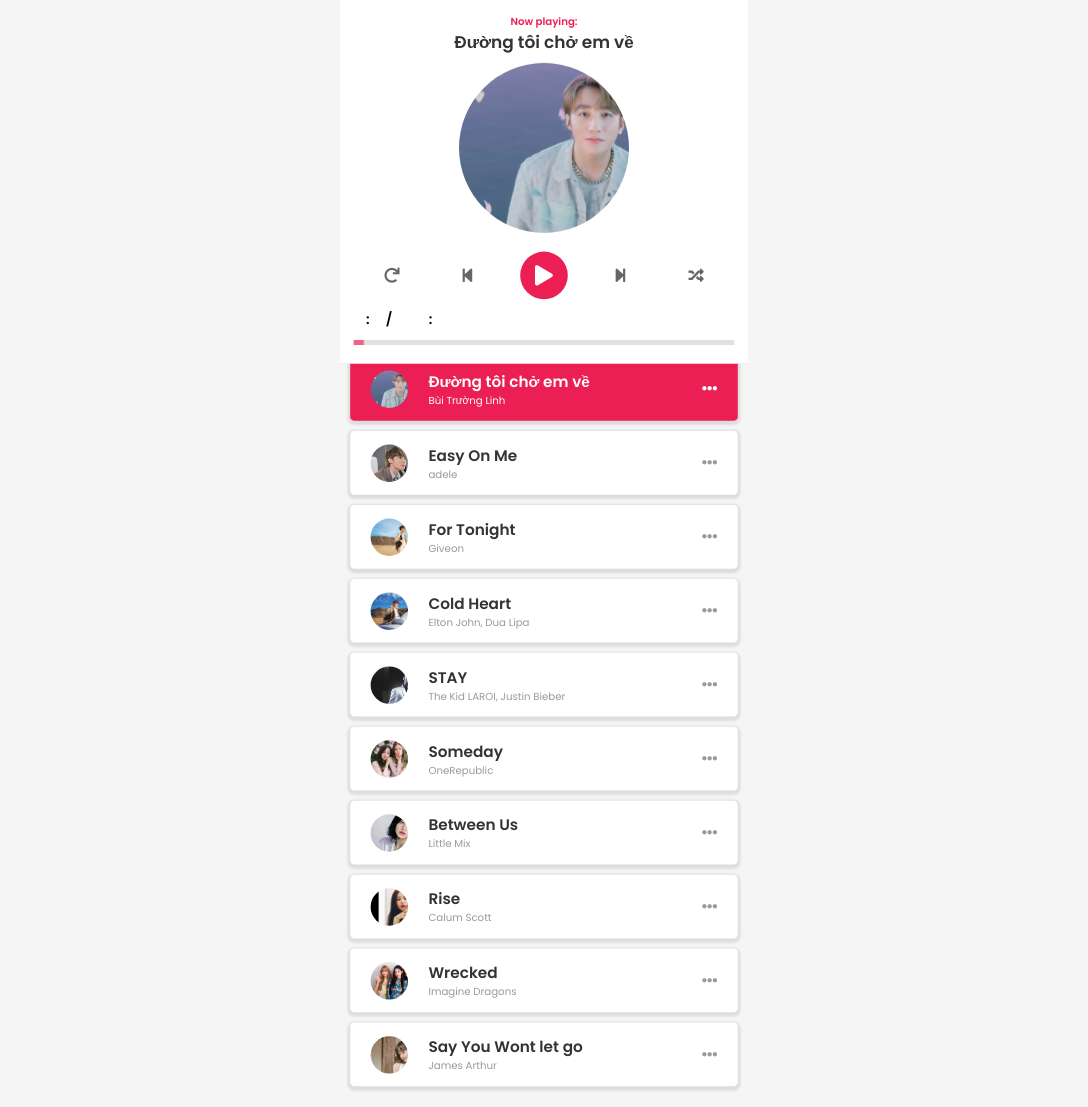
Repository: maivannhan1998/MusicPlayer.github.io
Page: index.html
These files come from the project's save history. The page is drawn as it stood at one moment and after the next save; the edit follows.
The browser window is 1280 px wide. The pictures show the whole page, at 85% of full size.

Above is the page before, as saved 2021-11-11 15:43:06.

### index.html
<!DOCTYPE html>
<html lang="en">
<head>
    <meta charset="UTF-8">
    <meta http-equiv="X-UA-Compatible" content="IE=edge">
    <meta name="viewport" content="width=device-width, initial-scale=1.0">
    <title>Music Play</title>
    <link rel="stylesheet" href="./assets/css/main.css">
    <link rel="stylesheet" href="https://cdnjs.cloudflare.com/ajax/libs/font-awesome/5.15.2/css/all.min.css" integrity="sha512-HK5fgLBL+xu6dm/Ii3z4xhlSUyZgTT9tuc/hSrtw6uzJOvgRr2a9jyxxT1ely+B+xFAmJKVSTbpM/CuL7qxO8w==" crossorigin="anonymous" />
    <link rel="preconnect" href="https://fonts.gstatic.com">
    <link href="https://fonts.googleapis.com/css2?family=Poppins:wght@300;400;600&display=swap" rel="stylesheet">
</head>
<body>
    <div class="player">
        <!-- Dashboard -->
        <div class="dashboard">
          <!-- Header -->
          <header>
            <h4>Now playing:</h4>
            <h2>String 57th & 9th</h2>
          </header>

          <!-- CD -->
          <div class="cd">
            <div class="cd-thumb">
            </div>
          </div>

          <!-- Control -->
          <div class="control">
                <div class="btn btn-repeat">
                    <i class="fas fa-redo"></i>
                </div>
                <div class="btn btn-prev">
                    <i class="fas fa-step-backward"></i>
                </div>
                <div class="btn btn-toggle-play">
                    <i class="fas fa-pause icon-pause"></i>
                    <i class="fas fa-play icon-play"></i>
                </div>
                <div class="btn btn-next">
                    <i class="fas fa-step-forward"></i>
                </div>
                <div class="btn btn-random">
                    <i class="fas fa-random"></i>
                </div>
          </div>
          <span id="time"></span>
          <b class="dot">:</b>
          <span id="timeCurrent"></span>
          <b class="dash">/</b>
          <span id="duration"></span>
          <b class="mark">:</b>
          <span id="timeDuration"></span>
          <input id="progress" class="progress" type="range" value="0" step="1" min="0" max="100">



          <audio id="audio" src=""></audio>
        </div>

        <!-- Playlist -->
        <div class="playlist">

        </div>

    </div>
    <script>
        /*
        1. render song
        2. scroll top
        3. play / pause / seek
        4. cd rotate
        5. next / prev
        6. random
        7. next / repeat when end
        8. active song
        9. scroll active song into view
        10. play song when click
        */

        const $ = document.querySelector.bind(document);
        const $$ = document.querySelectorAll.bind(document);

        // get element
        const cd = $('.cd');
        const cdWidth  = cd.offsetWidth;

        const heading  = $('header h2');
        const cdThumb = $('.cd-thumb');
        const audio = $('#audio');
        const player  = $('.player');

        const playBtn = $('.btn-toggle-play');

        const progress = $('#progress');

        const nextBtn = $('.btn-next');
        const prevBtn = $('.btn-prev');

        const randomBtn = $('.btn-random');

        const repeatBtn = $('.btn-repeat');

        const playList = $('.playlist');

        const time = $('#time');
        const Duration = $('#duration');
        const timeCurrent = $('#timeCurrent');
        const dot = $('.dot');
        const timeDuration = $('#timeDuration');
        const dash = $('.dash');
        const mark = $('.mark');


        const app = {

        currentIndex: 0,

        isPlaying: false,

        isRandom: false,

        isRepeat: false,

        songs: [
                {
                    name: 'Đường tôi chở em về',
                    singer: 'Bùi Trường Linh',
                    path: './assets/music/song11.mp3',
                    image: './assets/img/img2.jpg'
                }, {
                    name: 'Easy On Me',
                    singer: 'adele',
                    path: './assets/music/song1.mp3',
                    image: './assets/img/img1.jpg'
                }, {
                    name: 'For Tonight',
                    singer: 'Giveon',
                    path: './assets/music/song3.mp3',
                    image: './assets/img/img3.jpg'
                }, {
                    name: 'Cold Heart',
                    singer: 'Elton John, Dua Lipa',
                    path: './assets/music/song4.mp3',
                    image: './assets/img/img4.jpg'
                }, {
                    name: 'STAY',
                    singer: 'The Kid LAROI, Justin Bieber',
                    path: './assets/music/song5.mp3',
                    image: './assets/img/img5.jpg'
                }, {
                    name: 'Someday',
                    singer: 'OneRepublic',
                    path: './assets/music/song6.mp3',
                    image: './assets/img/img6.jpg'
                }, {
                    name: 'Between Us',
                    singer: 'Little Mix',
                    path: './assets/music/song7.mp3',
                    image: './assets/img/img7.jpg'
                }, {
                    name: 'Rise',
                    singer: 'Calum Scott',
                    path: './assets/music/song8.mp3',
                    image: './assets/img/img8.jpg'
                }, {
                    name: 'Wrecked',
                    singer: 'Imagine Dragons',
                    path: './assets/music/song9.mp3',
                    image: './assets/img/img9.jpg'
                }, {
                    name: 'Say You Wont let go',
                    singer: 'James Arthur',
                    path: './assets/music/song10.mp3',
                    image: './assets/img/img10.jpg'
                }
            ],

            render: function(){
                const htmls = this.songs.map((song, index) => {
                    return `
                        <div class="song ${index === this.currentIndex ? 'active' : '' }" data-index = "${index}">
                            <div class="thumb"
                                style="background-image: url('${song.image}')">
                            </div>
                            <div class="body">
                                <h3 class="title">${song.name}</h3>
                                <p class="author">${song.singer}</p>
                            </div>
                            <div class="option">
                                <i class="fas fa-ellipsis-h"></i>
                            </div>
                        </div>
                    `
                })
                playList.innerHTML = htmls.join('')
            },




            defineProperties: function(){
                Object.defineProperty(this, 'currentSong', {
                    get: function(){
                        return this.songs[this.currentIndex];
                    }
                })
            },

            handleEvents: function() {
                // handle cd turn / stop
                const cdAnimate =  cd.animate([

                { transform: 'rotate(360deg)' },
                ], {
                duration: 10000,
                iterations: Infinity
                });
                cdAnimate.pause()

                // handle zoom in / zoom out video
                document.onscroll = function () {
                    const scrollTop = window.scrollY || document.documentElement.scrollTop;
                    const newCdWidth = cdWidth - scrollTop;

                    cd.style.width = newCdWidth > 0 ? newCdWidth + 'px' : 0;
                    cd.style.opacity = newCdWidth / cdWidth;
                }

                // handle when click play
                playBtn.onclick = function() {
                    if(app.isPlaying) {
                        audio.pause();
                    }
                    else{
                        audio.play();
                    }




                    // case 2 use toggle
                    // app.isPlaying = !app.isPlaying
                    // // if true : play() ,if false : pause()
                    // app.isPlaying ? audio.play() : audio.pause()
                    // player.classList.toggle('playing',app.isPlaying)
                },

                // when song is paused
                audio.onpause = function() {
                        cdAnimate.pause()
                        app.isPlaying =  false;
                        player.classList.remove('playing');
                }
                    // when song is played
                audio.onplay = function() {
                        cdAnimate.play()
                        app.isPlaying = true;
                        player.classList.add('playing');
                },

                // when the song duration changes
                audio.ontimeupdate = function() {
                    if(audio.duration) {
                        const progressPercent = Math.floor(audio.currentTime / audio.duration * 100);
                        progress.value = progressPercent;
                    }
                    const minutes = audio.duration/60;
                    const millisecond = minutes*10;
                    const times =  audio.currentTime/60;
                    const timeCurrents = (times*10);
                    timeCurrent.innerHTML = timeCurrents.toFixed();
                    time.innerHTML = times.toFixed();
                    Duration.innerHTML = minutes.toFixed();
                    timeDuration.innerHTML = millisecond.toFixed();
                    dot.style.display = "inline-block";
                    dash.style.display = "inline-block";
                    mark.style.display = "inline-block";
                },

                // Xử lí khi tua bài hát
                progress.oninput = function(e) {
                    const seekTime  = e.target.value * audio.duration / 100;
                    audio.currentTime = seekTime;
                },



                //  next song
                nextBtn.onclick = function() {
                    if(app.isRandom) {
                        app.playRandomSong()
                    }
                    else {
                        app.nextSong();
                    }
                    audio.play();
                    app.render()
                    app.scrollInToView();

                },

                // backward song
                prevBtn.onclick = function() {
                    if(app.isRandom) {
                        app.playRandomSong()
                    }
                    else {
                        app.prevSong();
                    }
                    audio.play();
                    app.render()
                    app.scrollInToView();

                },

                // turn on / off random
                randomBtn.onclick = function() {
                if(app.isRandom) {
                        app.isRandom = false;
                        randomBtn.classList.remove('active')
                    }
                    else {
                        app.isRandom = true;
                        randomBtn.classList.add('active')
                        }
                    // use toggle
                    // app.isRandom = !app.isRandom;
                    // randomBtn.classList.toggle('active', app.isRandom);
                },

                repeatBtn.onclick = function() {
                    app.isRepeat = !app.isRepeat
                    repeatBtn.classList.toggle('active', app.isRepeat);
                }

                audio.onended = function() {
                    if(app.isRepeat) {
                        audio.play()
                    }
                    else {
                        // click(): auto click button next
                        nextBtn.click();
                    }
                }

                playList.onclick = function(e) {
                    const songNode = e.target.closest('.song:not(.active)');
                    if(songNode || e.target.closest('.option')) {
                        if(e.target.closest('.song:not(.active)')) {
                            app.currentIndex = Number(songNode.getAttribute('data-index'))
                            app.loadCurrentSong();
                            audio.play();
                            app.render()
                        }
                    }
                }
            },

            loadCurrentSong: function() {

                heading.innerText = this.currentSong.name;
                cdThumb.style.backgroundImage = `url('${this.currentSong.image}')`;
                audio.src = this.currentSong.path;

            },

            // handle next Song
            nextSong: function() {
                this.currentIndex++;
                if(this.currentIndex >= this.songs.length) {
                    this.currentIndex = 0;
                }
                this.loadCurrentSong();
            },

            prevSong: function() {
                this.currentIndex--;
                if(this.currentIndex < 0) {
                    this.currentIndex = this.songs.length - 1
                }

                this.loadCurrentSong();
            },

            playRandomSong: function() {
                let newSong;
                do {
                    newSong = Math.floor(Math.random() * this.songs.length)
                }
                while(newSong === this.currentIndex)

                this.currentIndex = newSong;
                this.loadCurrentSong();

            },

            scrollInToView: function() {
              setTimeout(function() {
                $('.song.active').scrollIntoView({
                    behavior: 'smooth',
                    block: 'center'

                });
              },200)
            },

            start: function() {
                // Define attributes for Obj
                this.defineProperties();

                // listen / handle events (Dom events)
                this.handleEvents();

                // Load this first song info into UI when running the app
                this.loadCurrentSong();

                // render playlist
                this.render();
            }
        }
        app.start();


    </script>
</body>
</html>

### assets/css/main.css
:root {
  --primary-color: #ec1f55;
  --text-color: #333;
}

* {
  padding: 0;
  margin: 0;
  box-sizing: inherit;
}

body {
  background-color: #f5f5f5;
}

html {
  box-sizing: border-box;
  font-family: "Poppins", sans-serif;
}

.player {
  position: relative;
  max-width: 480px;
  margin: 0 auto;
}

.player .icon-pause {
  display: none;
}

.player.playing .icon-pause {
  display: inline-block;
}

.player.playing .icon-play {
  display: none;
}

.dashboard {
  position: fixed;
  padding: 16px 16px 14px;
  background-color: #fff;
  top: 0;
  width: 100%;
  max-width: 480px;
  border-bottom: 1px solid #ebebeb;
}

header {
  text-align: center;
  margin-bottom: 10px;
}

header h2 {
  color: var(--text-color);
  font-size: 20px;
}

header h4 {
  color: var(--primary-color);
  font-size: 12px;
}

.cd {
  display: flex;
  margin: auto;
  width: 200px;
}

.cd-thumb {
  background-image: url('/assets/img/img10.jpg');
  width: 100%;
  padding-top: 100%;
  border-radius: 50%;
  background-color: #333;
  background-size: cover;
  margin: auto;
}

.control {
  display: flex;
  align-items: center;
  justify-content: space-around;
  padding: 18px 0 8px 0;
}

.control .btn {
  color: #666;
  padding: 18px;
  font-size: 18px;
}

.control .btn.active {
  color: var(--primary-color);
}

.control .btn-toggle-play {
  display: flex;
  align-items: center;
  justify-content: center;
  width: 56px;
  height: 56px;
  border-radius: 50%;
  font-size: 24px;
  color: #fff;
  background-color: var(--primary-color);
}

#time,
#duration,
#timeCurrent,
#timeDuration {
    font-weight: bold;
    color: #fff;
}
.dot,.dash ,.mark{
    /* display: none; */
    /* color: #fff; */
}

.progress {
  width: 100%;
  -webkit-appearance: none;
  appearance: none;
  height: 6px;
  background: #d3d3d3;
  outline: none;
  opacity: 0.7;
  -webkit-transition: 0.2s;
  transition:  opacity 0.2s;
}

.progress::-webkit-slider-thumb {
  -webkit-appearance: none;
  appearance: none;
  cursor: pointer;
  background-color: var(--primary-color);
  width: 12px;
  height: 6px;
}

.playlist {
  margin-top: 408px;
  padding: 12px;
}
.song {
  display: flex;
  align-items: center;
  margin-bottom: 12px;
  background-color: #fff;
  padding: 8px 16px;
  border-radius: 5px;
  box-shadow: 0 2px 3px 3px rgba(0, 0, 0, 0.1);
}

.song.active {
  background-color: var(--primary-color);
}

.song:active {
  opacity: 0.8;
}

.song.active .option,
.song.active .author,
.song.active .title {
  color: #fff;
}

.song .thumb {
  width: 44px;
  height: 44px;
  border-radius: 50%;
  background-size: cover;
  margin: 0 8px;
}

.song .body {
  flex: 1;
  padding: 0 16px;
}

.song .title {
  font-size: 18px;
  color: var(--text-color);
}

.song .author {
  font-size: 12px;
  color: #999;
}

  .song .option {
    padding: 16px 8px;
    color: #999;
    font-size: 18px;
  }

After the next save:
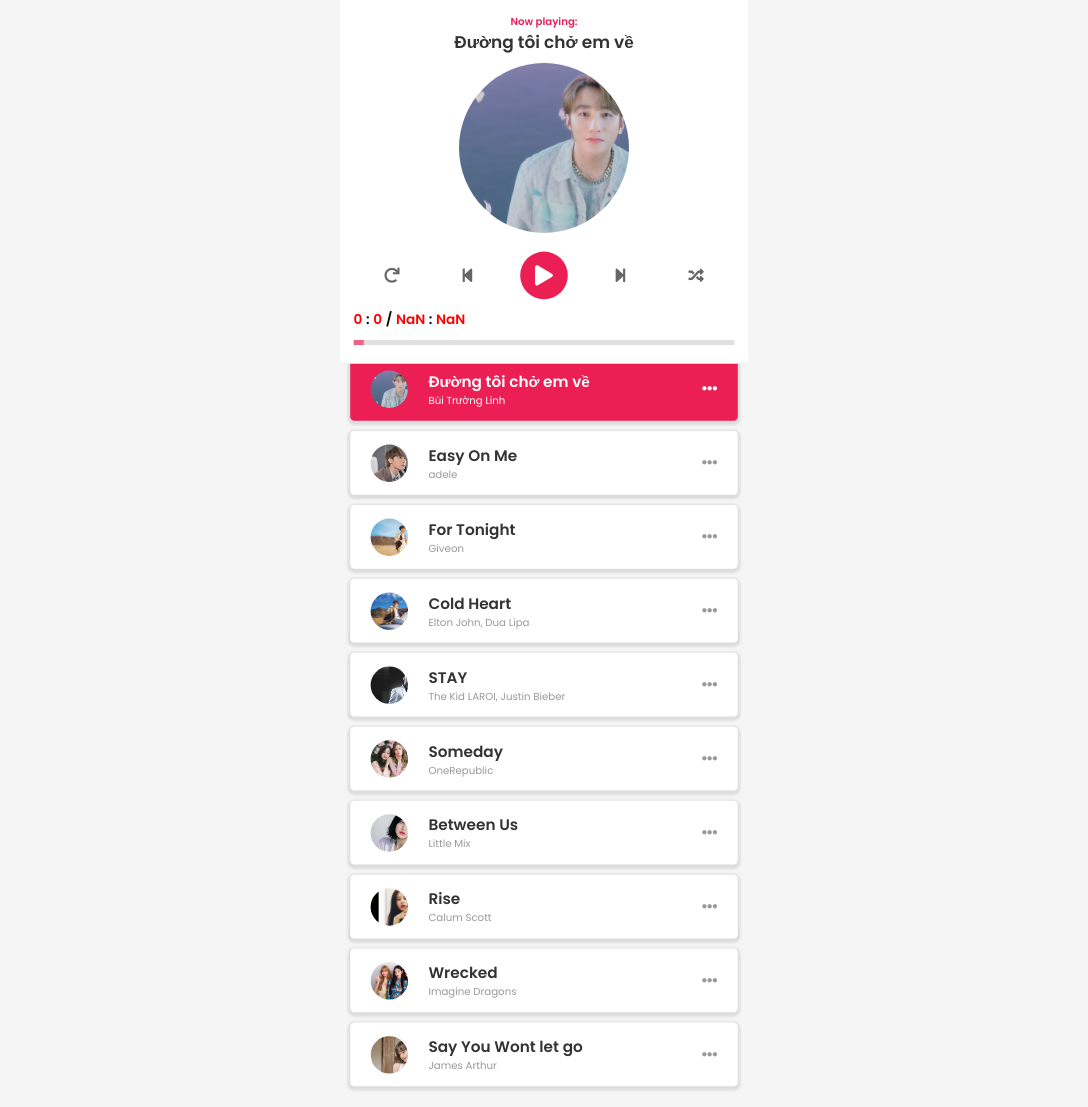
Saved 17 s later.
--- a/assets/css/main.css
+++ b/assets/css/main.css
@@ -111,7 +111,7 @@
 #timeCurrent,
 #timeDuration {
     font-weight: bold;
-    color: #fff;
+    color: red;
 }
 .dot,.dash ,.mark{
     /* display: none; */
